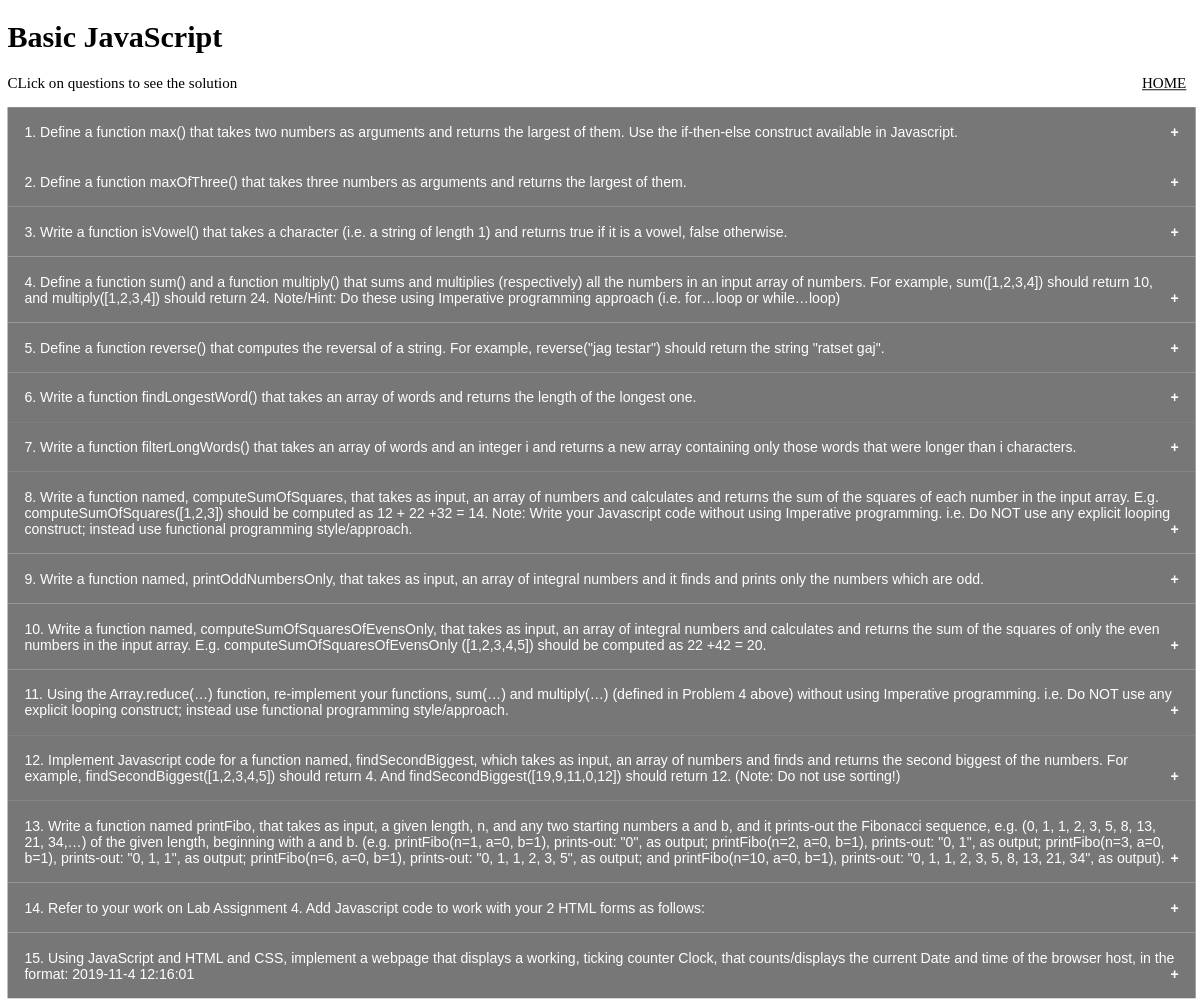
Repository: luqmang316/luqmang316.github.io
Page: BasicJavaScript/BasicJavaScript.html
An editor plug-in stored every save of this project. The page is shown before and after the next save, followed by the edit.
The browser window is 1280 px wide. The pictures show the whole page, at 94% of full size.

Above is the page before, as saved 2020-11-08 15:36:23.

After the next save:
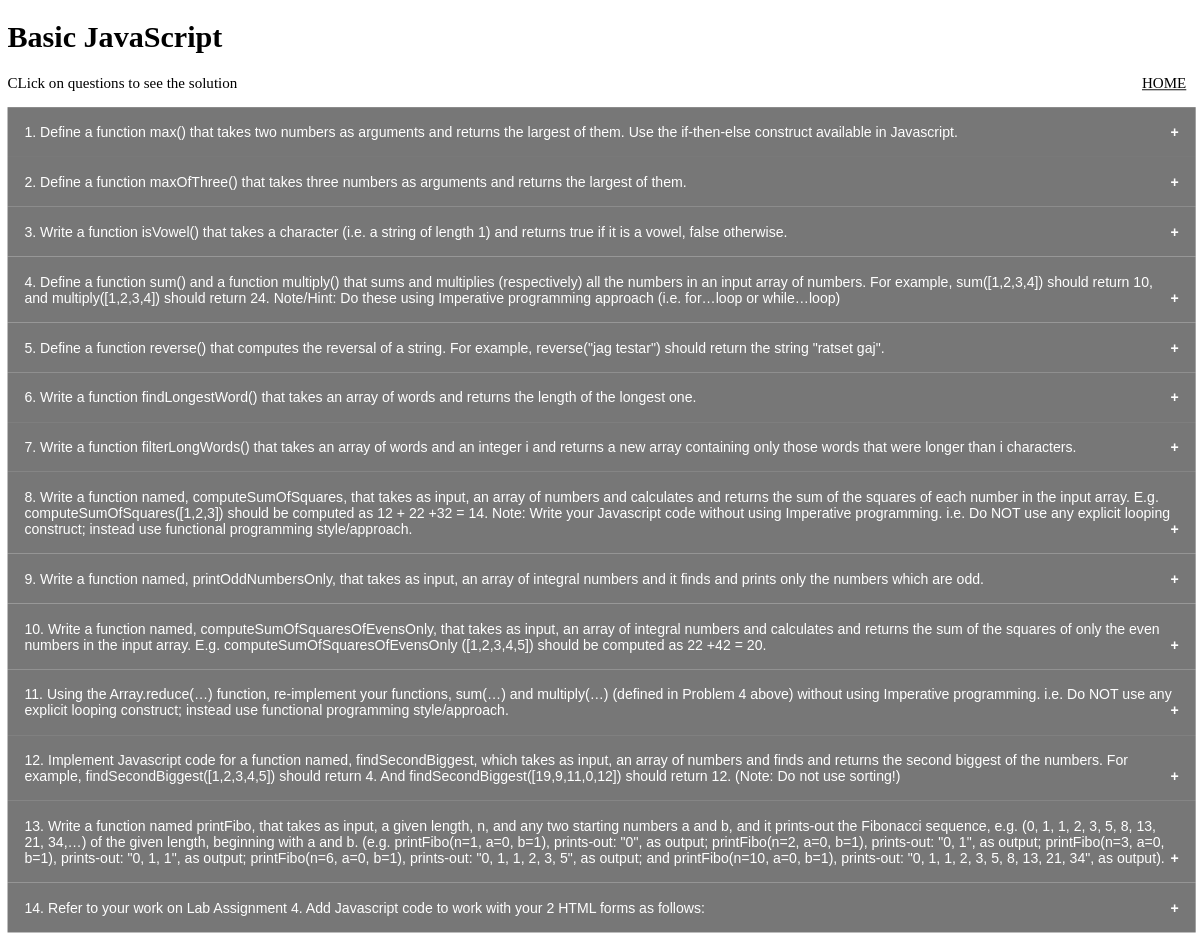
Saved 47 min 3 s later.
--- a/BasicJavaScript/BasicJavaScript.html
+++ b/BasicJavaScript/BasicJavaScript.html
@@ -416,47 +416,6 @@
     </div>
 
 
-    <button class="collapsible">15.	Using JavaScript and HTML and CSS, implement a webpage that displays a working, ticking counter Clock, that counts/displays the current Date and time of the browser host, in the format: 2019-11-4 12:16:01  </button>
-    <div class="content">
-        <div class="box-left-column">
-            <span>Ticking counter Clock</span>
-            <p>
-                <button onclick="">Show Ticking counter Clock</button>
-                <span>Time:</span>
-                <span id="output15"></span>
-            </p>
-        </div>
-
-        <div class="box-right-column">
-            <pre>
-                &lt;script&gt;
-                setInterval(() => {
-                    let now = new Date();
-                    console.log(now.getFullYear()+"-"+now.getMonth()+"-"+now.getDate()+" " +now.getHours()+":"+now.getMinutes()+":"+now.getSeconds());
-                }, 1000)
-                &lt;/script&gt;
-            </pre>
-        </div>
-    </div>
-
-    <script>
-        var coll = document.getElementsByClassName("collapsible");
-        var i;
-
-        for (i = 0; i < coll.length; i++) {
-            coll[i].addEventListener("click", function() {
-                this.classList.toggle("active");
-                var content = this.nextElementSibling;
-                if (content.style.maxHeight) {
-                    content.style.maxHeight = null;
-                } else {
-                    content.style.maxHeight = content.scrollHeight + "px";
-                }
-            });
-        }
-    </script>
-
-
 </body>
 
 </html>
